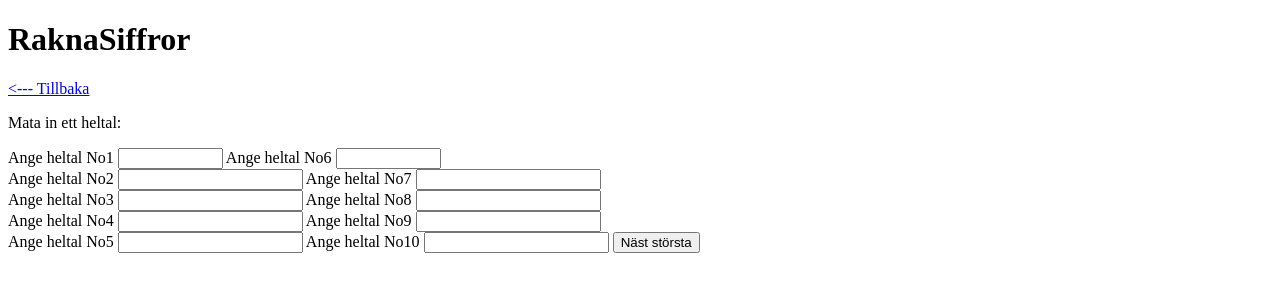
Repository: dn222em/1dv403-laborationer
Page: 1-vandalen/counta/index22.html
The author's editor kept a record of every edit. The page is drawn from the files as they stood at one moment, then again after the next edit.
The browser window is 1280 px wide. The pictures show the whole page.

Above is the page before.

After the next edit:
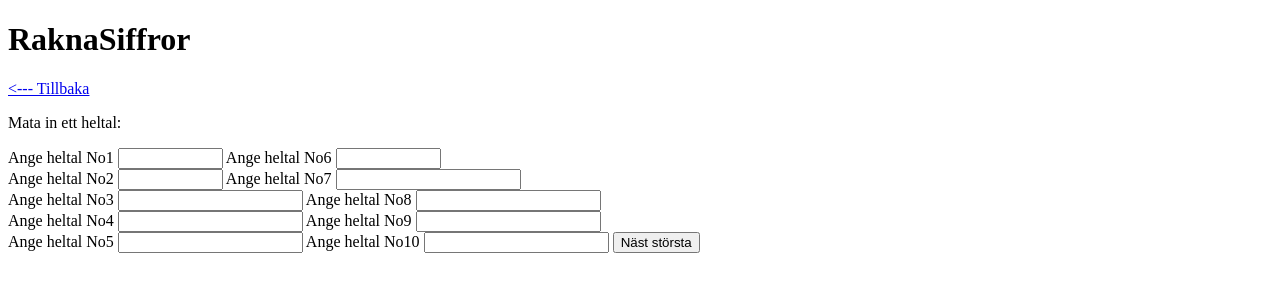
The edit:
--- a/1-vandalen/counta/index22.html
+++ b/1-vandalen/counta/index22.html
@@ -21,7 +21,7 @@
  			<input type="text" id="string6" size="10"/>
  			<br />
  			Ange heltal No2
- 			<input type="text" id="string2" />
+ 			<input type="text" id="string2" size="10"/>
   		     Ange heltal No7
  			<input type="text" id="string7" />
  			<br />
